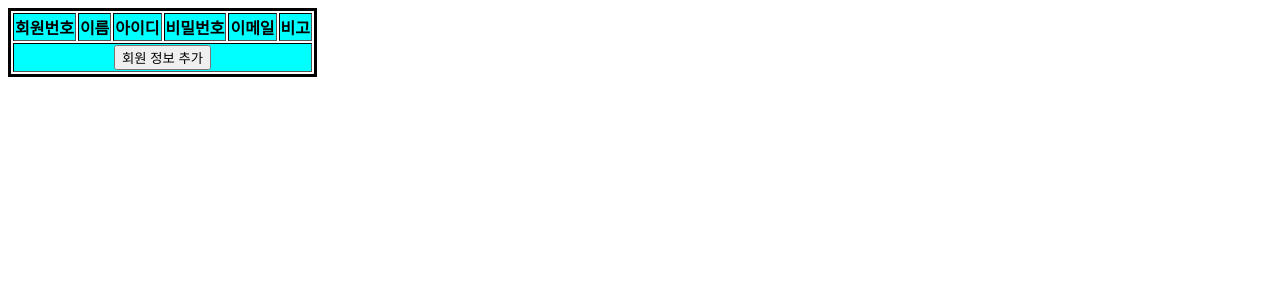
Repository: Heo-sh/Web_Development
Page: http://localhost/Ex_0418_Member/member.jsp
These files come from the project's save history. The page is drawn as it stood at one moment and after the next save; the edit follows.
The browser window is 1280 px wide. The pictures show the whole page.
The page is served by Tomcat 9. Queries for data that is not in the repository find no rows.

Above is the page before, as saved 2023-04-18 08:34:51.

After the next save:
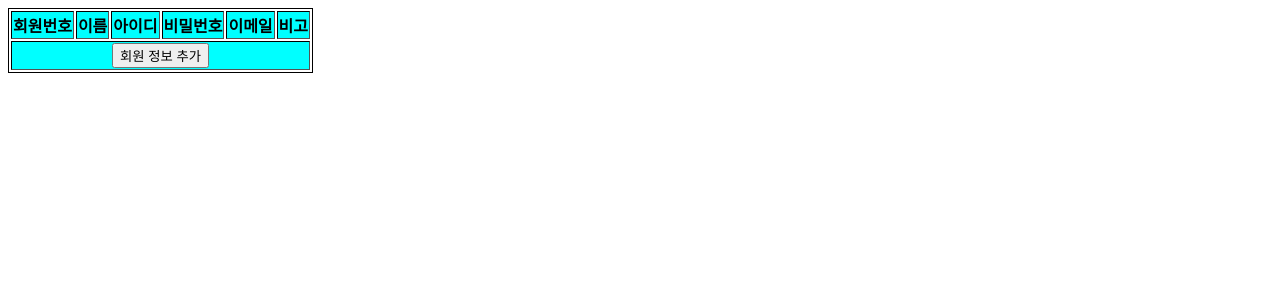
Saved 11 s later.
--- a/Ex_0418_Member/WebContent/member.jsp
+++ b/Ex_0418_Member/WebContent/member.jsp
@@ -16,7 +16,7 @@
 				background-color: aqua;
 			}
 			table {
-				border: black, solid;
+				border: black, solid, 1px;
 			}
 		</style>
 		<script type="text/javascript">
